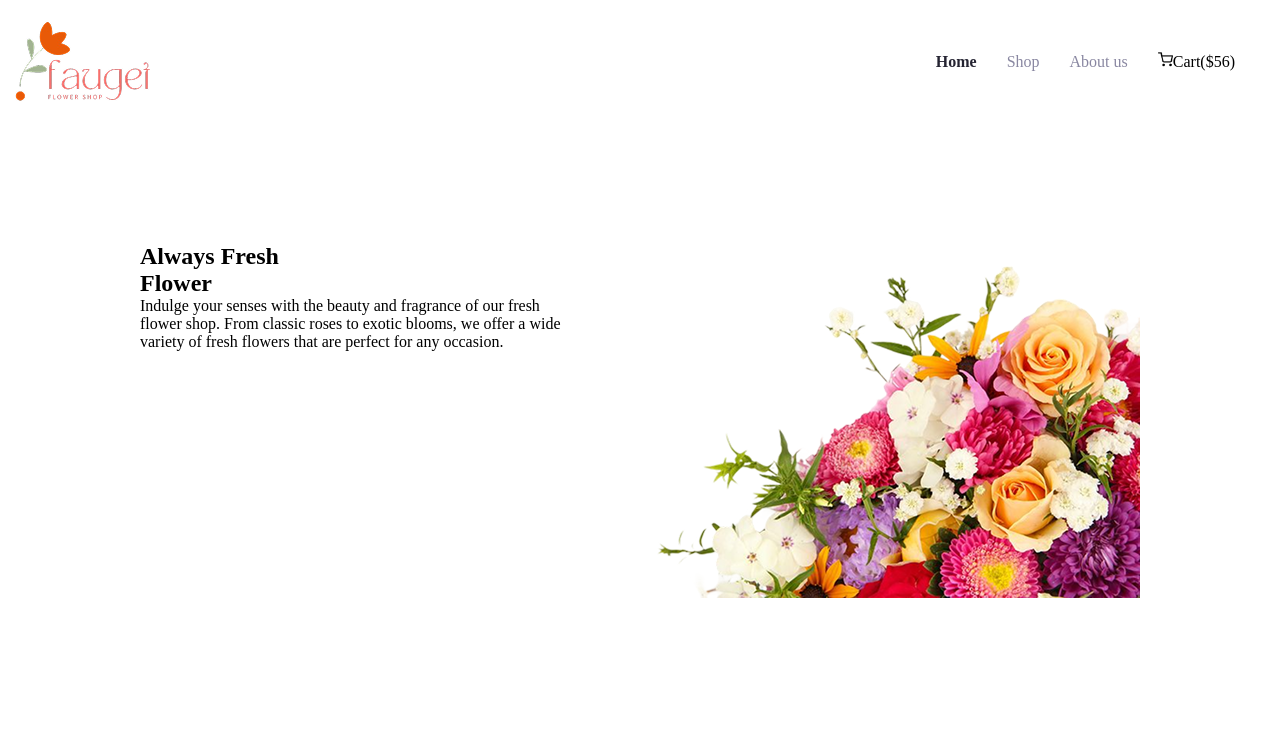
Repository: dollyrakhe22/Flowers-main-website
Page: index.html
These files come from the project's save history. The page is drawn as it stood at one moment and after the next save; the edit follows.
The browser window is 1280 px wide. The pictures show the whole page.
Some web libraries are served in a nearby version.

Above is the page before, as saved 2025-07-23 23:54:26.

After the next save:
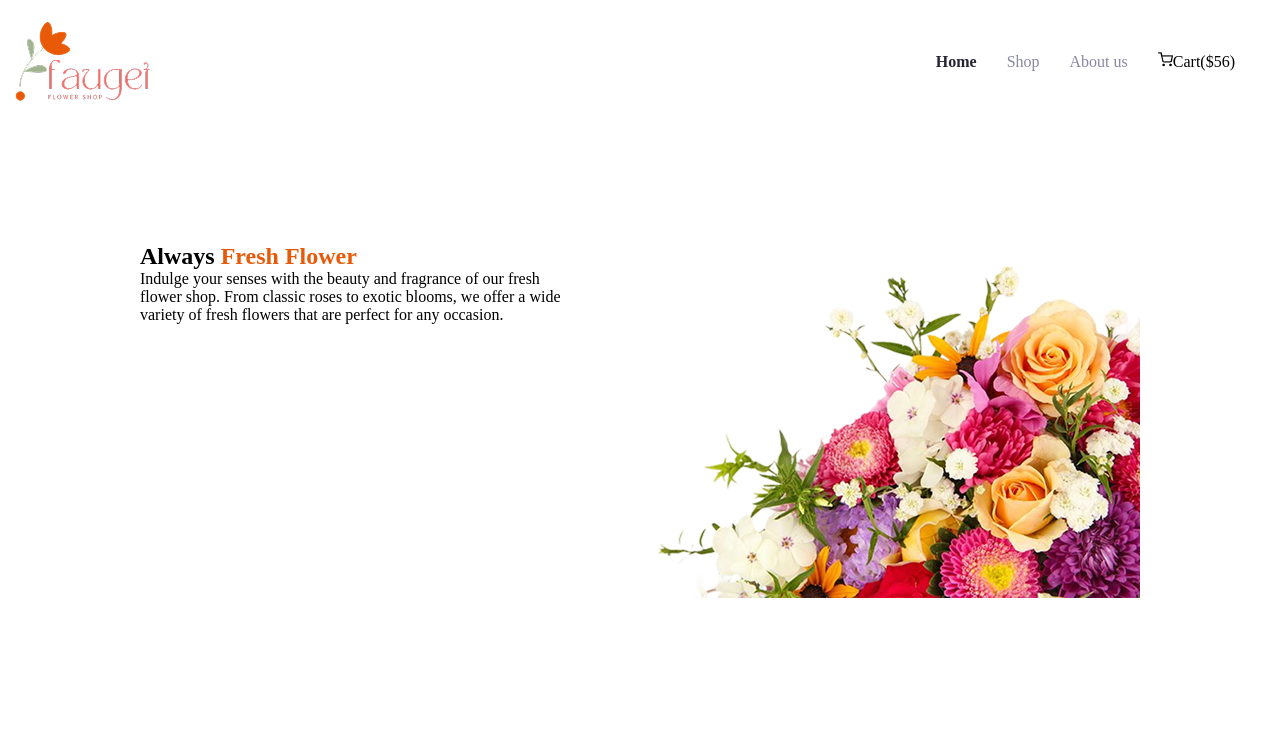
Saved 3 min 30 s later.
--- a/index.html
+++ b/index.html
@@ -23,7 +23,7 @@
  <!--Fresh Flowers-->
  <section class="flower-section display-flex">
   <div class="fresh-flower">
-   <h1 class="flower-title">Always Fresh<br> Flower</h1>
+   <h1 class="flower-title">Always <span class="primary-color">Fresh Flower</span></h1>
    <p class="flower-decription">Indulge your senses with the beauty and fragrance of our fresh flower shop. From classic roses to exotic blooms,
      we offer a wide variety of fresh flowers that are perfect for any occasion. </p>
   </div>
--- a/style.css
+++ b/style.css
@@ -15,6 +15,9 @@
 /*dark 02*/
 .text-gray{
     color: #8987A1;
+}
+.primary-color{
+    color:#E95A08;
 }
 /*navbar start*/
 .nav-bar{
